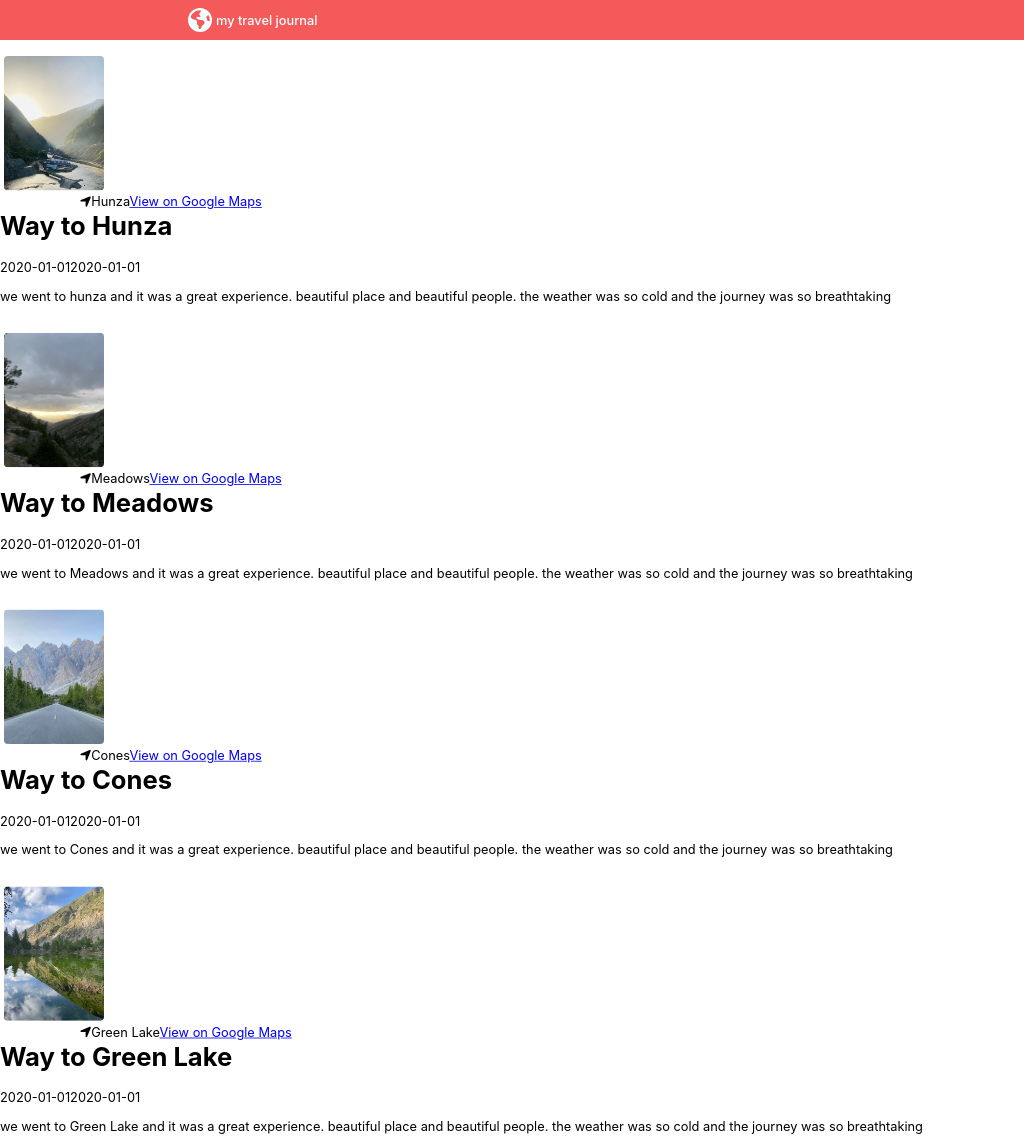
Repository: mortiestmorty1/travel-journal
Page: /
The author's editor kept a copy of each file at every save. The page is drawn from the files as they stood at one save, then again after the next save.
The browser window is 1280 px wide. The pictures show the whole page, at 80% of full size.
The project was rebuilt for these pictures with package versions that can differ from the ones it lists, and the page was loaded fresh each time.

Above is the page before, as saved 2024-01-17 15:10:57.

After the next save:
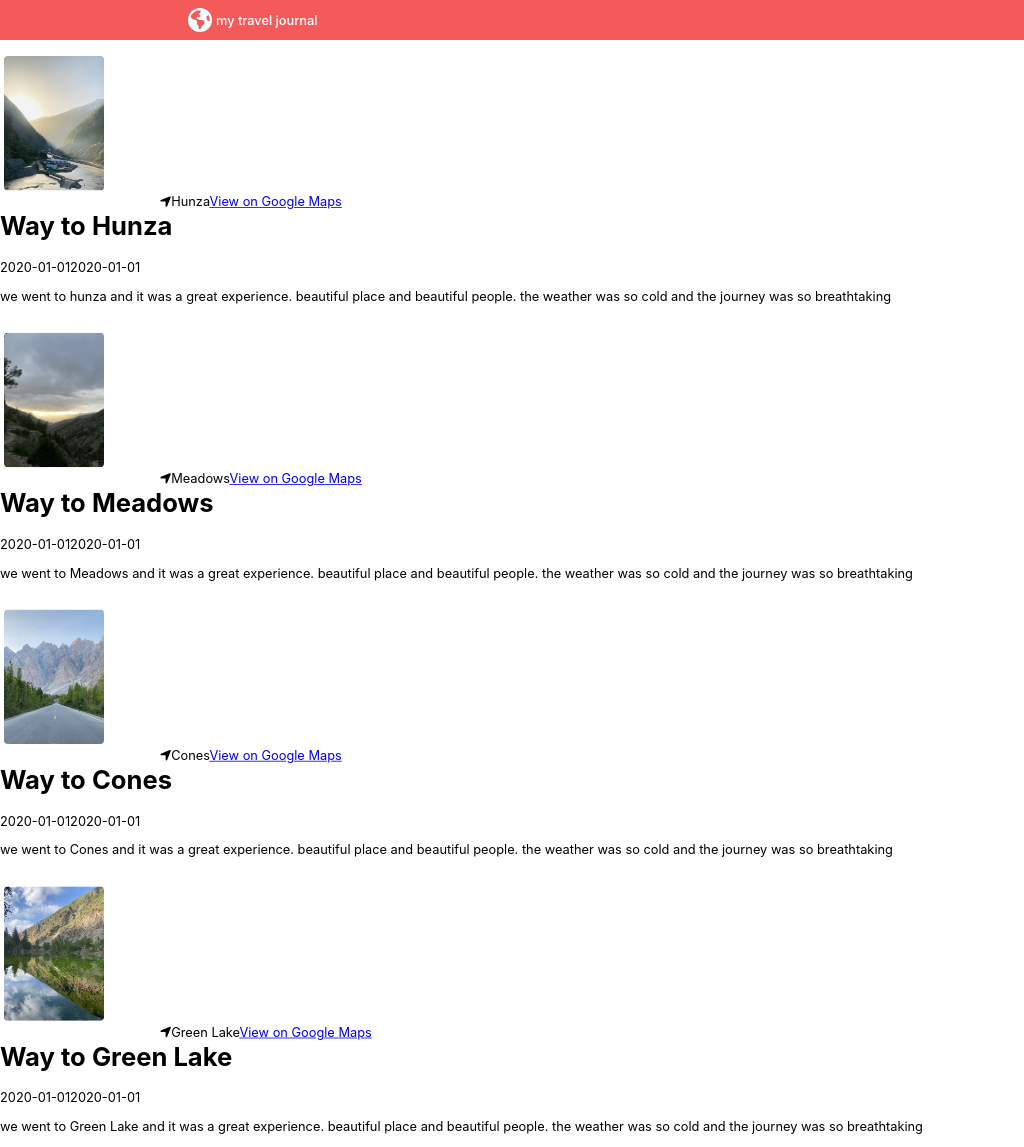
Saved 6 s later.
--- a/src/App.css
+++ b/src/App.css
@@ -37,7 +37,7 @@
 }
 .section1{
   position: absolute;
-  left: 100px;
+  left: 200px;
 
 }
 
